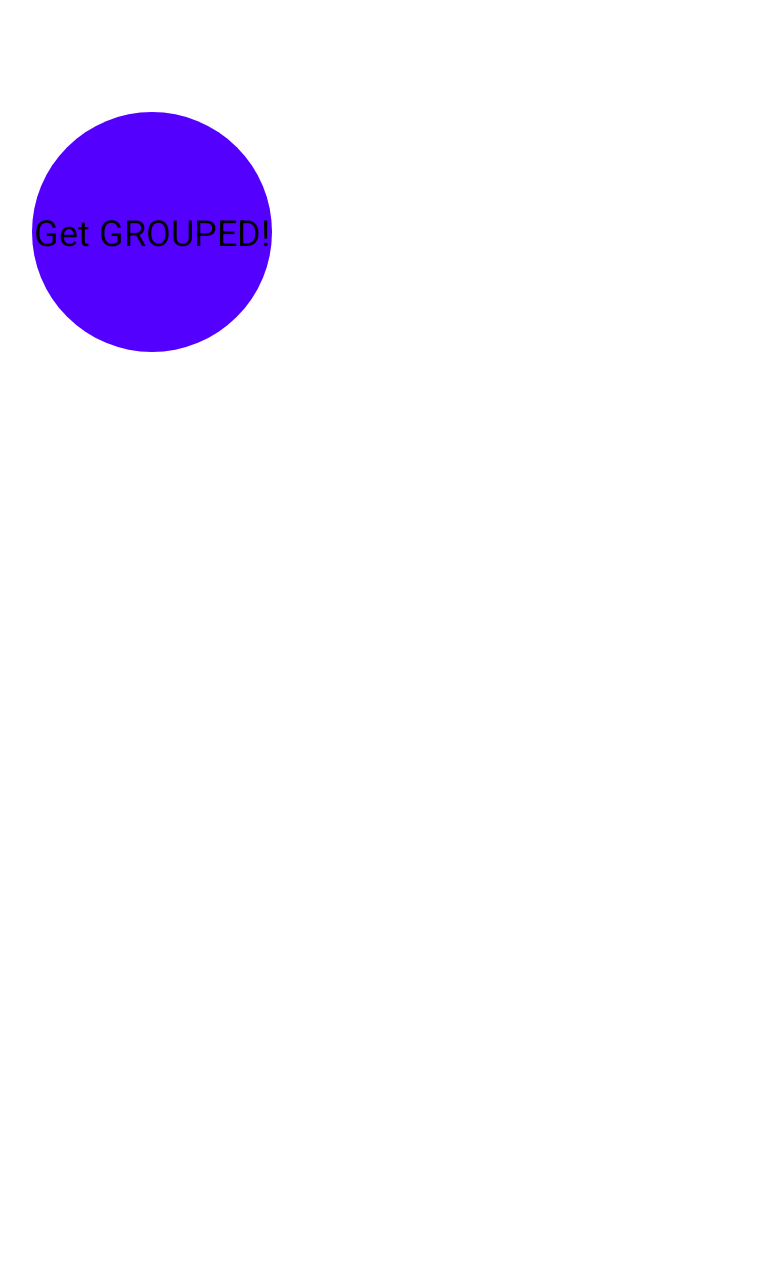
Repository: cs4471/grouped-client
Layout: Grouped/res/layout/activity_main.xml
An editor plug-in stored every save of this project. The layout is shown before and after the next save, followed by the edit.
It is drawn on a 768 x 1280 px phone screen (xhdpi) without system bars, with theme AppTheme; the app's code is not run.

Above is the layout before, as saved 2013-09-27 06:36:41.

### Grouped/res/layout/activity_main.xml
<RelativeLayout xmlns:android="http://schemas.android.com/apk/res/android"
    xmlns:tools="http://schemas.android.com/tools"
    android:layout_width="match_parent"
    android:layout_height="match_parent"
    android:paddingBottom="@dimen/activity_vertical_margin"
    android:paddingLeft="@dimen/activity_horizontal_margin"
    android:paddingRight="@dimen/activity_horizontal_margin"
    android:paddingTop="@dimen/activity_vertical_margin"
    tools:context=".MainActivity" >

    <Button
        android:id="@+id/button1"
        android:layout_width="wrap_content"
        android:layout_height="wrap_content"
        android:layout_alignParentLeft="true"
        android:layout_alignParentTop="true"
        android:layout_marginTop="40dp"
        android:background="@drawable/GetGroupedButton"
        android:onClick="openEditGroupPage"
        android:text="Get GROUPED!" />

</RelativeLayout>

### Grouped/res/drawable/GetGroupedButton.xml
<?xml version="1.0" encoding="utf-8"?>
<shape
    xmlns:android="http://schemas.android.com/apk/res/android"
    android:shape="oval">

   <solid
       android:color="#5400ff"/>

   <size
       android:width="120dp"
        android:height="120dp"/>
</shape>

Loaded but not shown: Grouped/res/values/styles.xml (common file); Grouped/res/values-v14/styles.xml (common file); Grouped/res/values/dimens.xml (common file)

After the next save:
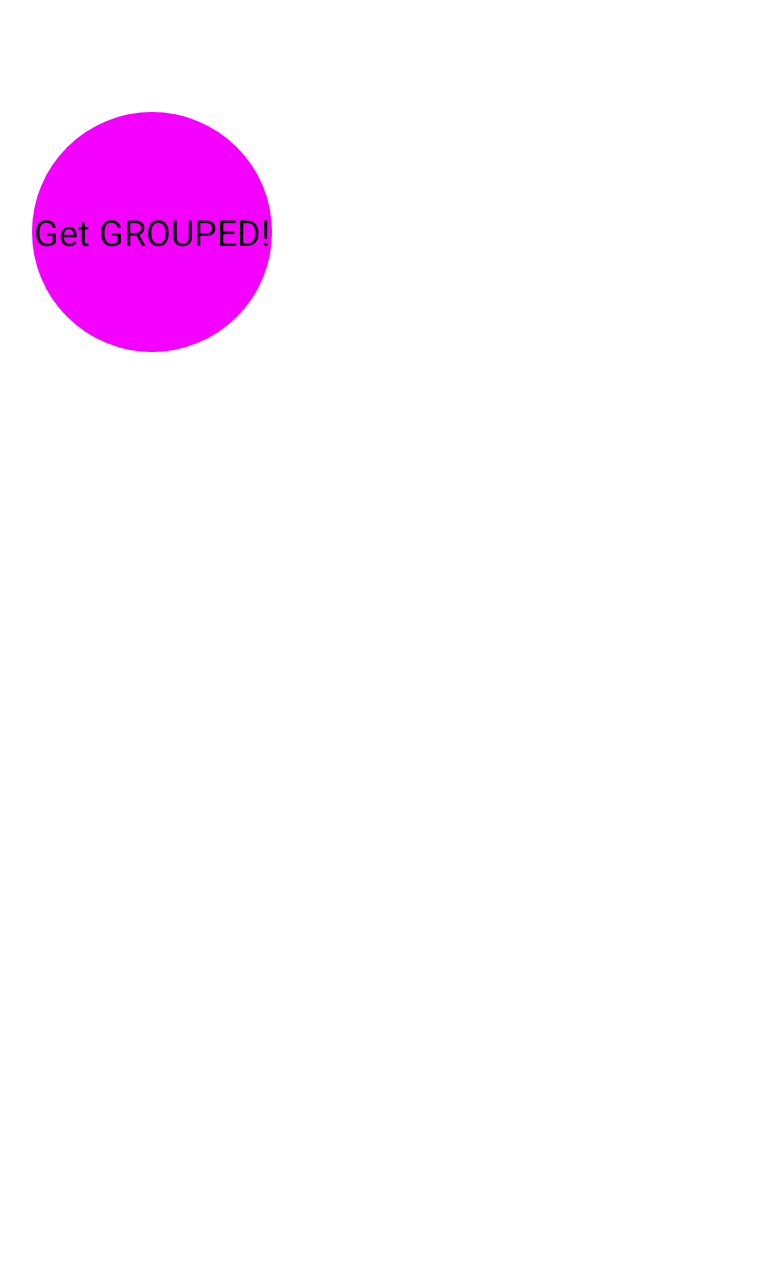
Saved 5 s later.
--- a/Grouped/res/drawable/GetGroupedButton.xml
+++ b/Grouped/res/drawable/GetGroupedButton.xml
@@ -4,7 +4,7 @@
     android:shape="oval">
 
    <solid
-       android:color="#5400ff"/>
+       android:color="#f400ff"/>
 
    <size
        android:width="120dp"

After the save that followed:
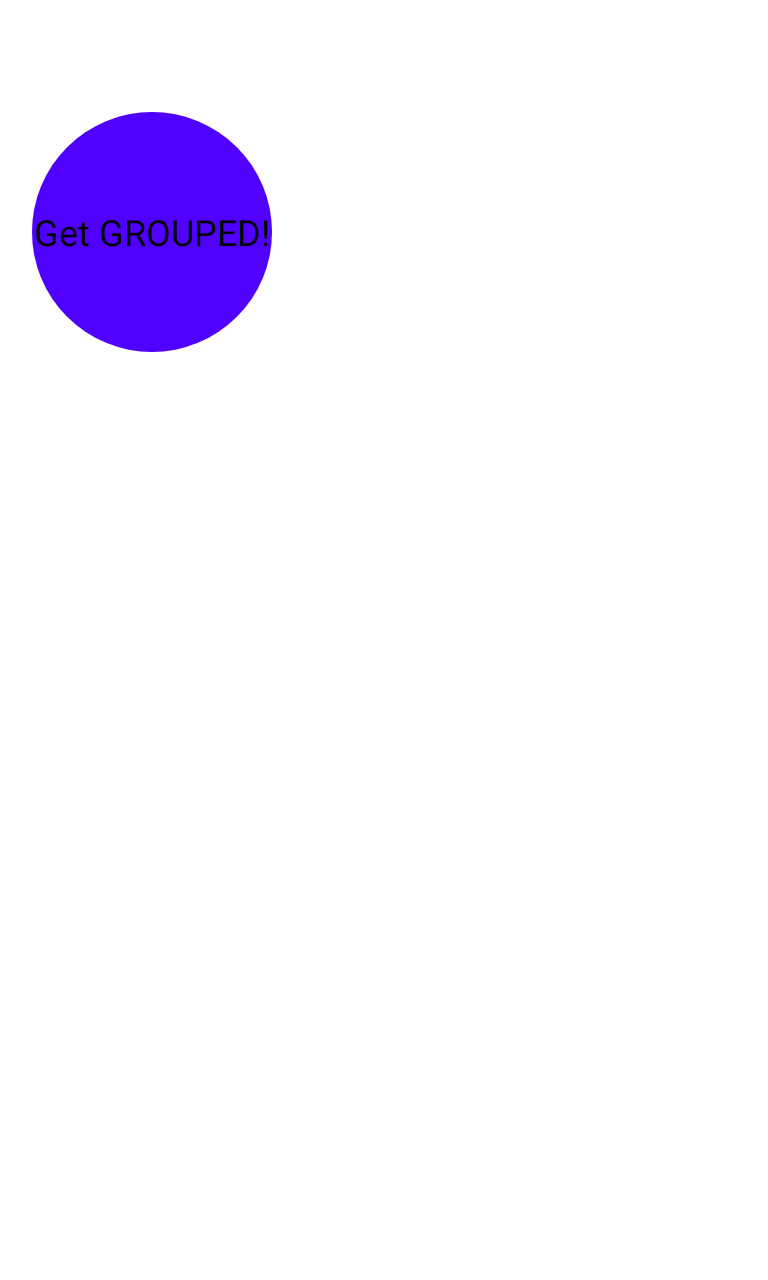
Saved 6 s later.
--- a/Grouped/res/drawable/GetGroupedButton.xml
+++ b/Grouped/res/drawable/GetGroupedButton.xml
@@ -4,7 +4,7 @@
     android:shape="oval">
 
    <solid
-       android:color="#f400ff"/>
+       android:color="#4f00ff"/>
 
    <size
        android:width="120dp"
